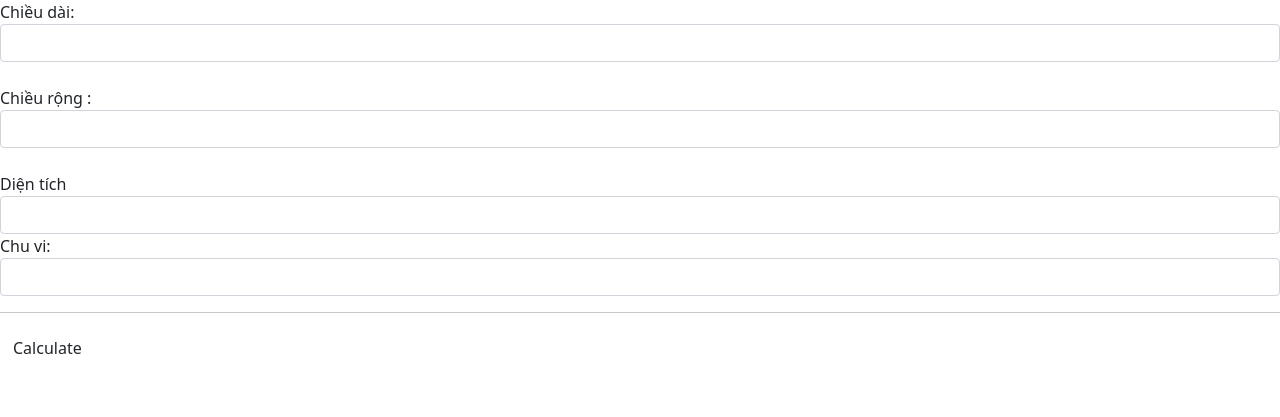
Repository: OanhBuonNgu/Lab4_AngularJS
Page: lab4.4.html
The author's editor kept a copy of each file at every save. The page is drawn from the files as they stood at one save, then again after the next save.
The browser window is 1280 px wide. The pictures show the whole page.

Above is the page before, as saved 2022-07-22 12:38:15.

### lab4.4.html
<!DOCTYPE html>
<html lang="en">

<head>
    <meta charset="UTF-8">
    <meta http-equiv="X-UA-Compatible" content="IE=edge">
    <meta name="viewport" content="width=device-width, initial-scale=1.0">
    <title>Document</title>
    <link href="https://cdn.jsdelivr.net/npm/bootstrap@5.0.2/dist/css/bootstrap.min.css" rel="stylesheet" integrity="sha384-EVSTQN3/azprG1Anm3QDgpJLIm9Nao0Yz1ztcQTwFspd3yD65VohhpuuCOmLASjC" crossorigin="anonymous">
    <script src="https://cdn.jsdelivr.net/npm/bootstrap@5.0.2/dist/js/bootstrap.bundle.min.js" integrity="sha384-MrcW6ZMFYlzcLA8Nl+NtUVF0sA7MsXsP1UyJoMp4YLEuNSfAP+JcXn/tWtIaxVXM" crossorigin="anonymous"></script>
</head>

<body ng-app="myApp">
    <div ng-controller="info">
        Chiều dài:
        <input type="text" ng-model="cd" class="form-control" />
        <br/> Chiều rộng : <input type="text" ng-model="cr" class="form-control" />
        <br> Diện tích
        <input ng-bind="acreage" class="form-control" /> Chu vi:
        <br>
        <input ng-bind="perimeter" class="form-control" />
        <hr>
        <form class="form-group">
            <button class="btn btn-default" ng-click="calculate()">Calculate</button>
        </form>
    </div>
    <script src="https://ajax.googleapis.com/ajax/libs/angularjs/1.8.2/angular.min.js"></script>
    <script>
        const app = angular.module("myApp", []);
        app.controller("info", function($scope) {
            var a = parseFloat($scope.width);
            var b = parseFloat($scope.length);
            $scope.acreage = a * b;
            $scope.perimeter = (a + b) * 2;
        })
    </script>
</body>

</html>

After the next save:
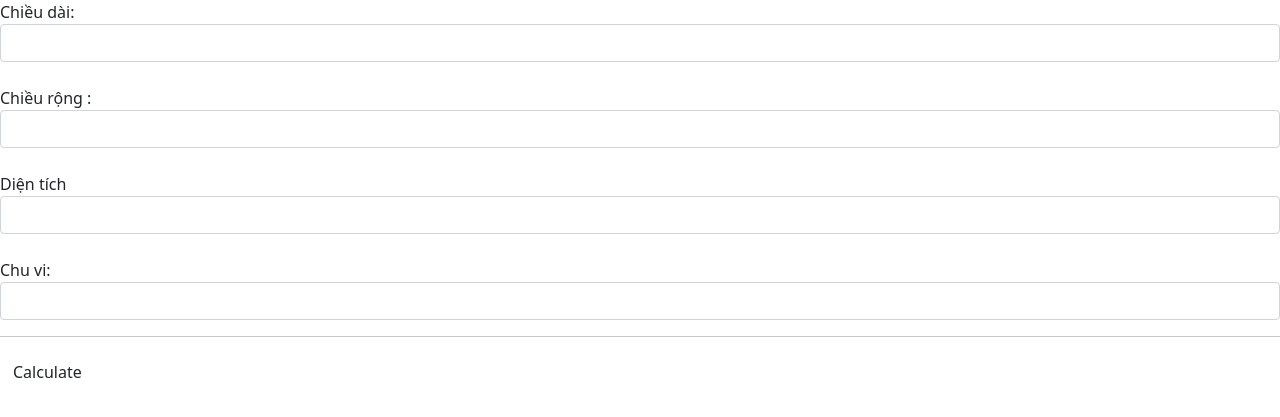
Saved 13 s later.
--- a/lab4.4.html
+++ b/lab4.4.html
@@ -16,8 +16,7 @@
         <input type="text" ng-model="cd" class="form-control" />
         <br/> Chiều rộng : <input type="text" ng-model="cr" class="form-control" />
         <br> Diện tích
-        <input ng-bind="acreage" class="form-control" /> Chu vi:
-        <br>
+        <input ng-bind="acreage" class="form-control" /> <br> Chu vi:
         <input ng-bind="perimeter" class="form-control" />
         <hr>
         <form class="form-group">
